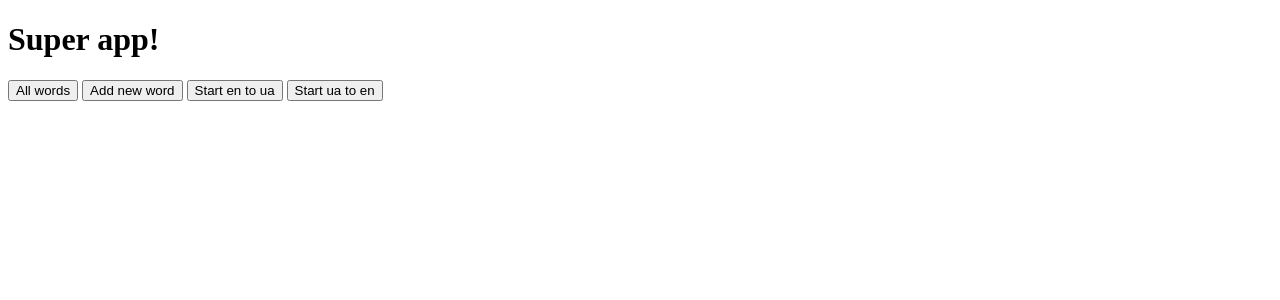
Repository: OleksandrDoskaliukKN313/IIC
Page: WebDictionary/WebContent/index.html
These files come from the project's save history. The page is drawn as it stood at one moment and after the next save; the edit follows.
The browser window is 1280 px wide. The pictures show the whole page.

Above is the page before, as saved 2020-10-11 09:57:30.

### WebDictionary/WebContent/index.html
<!DOCTYPE html>
<html>
<head>
<meta charset="UTF-8">
<title>Insert title here</title>
</head>
<body>
<div>
        <h1>Super app!</h1>
    </div>
    <div>       <!-- content -->
        <div>    <!-- buttons holder -->
            <button onclick="location.href='allWords'">All words</button>
            <button onclick="location.href='addWord'">Add new word</button>
            <button onclick="location.href='en_ua'">Start en to ua</button>
            <button onclick="location.href='ua_en'">Start ua to en</button>
        </div>
    </div>
</body>
</html>

After the next save:
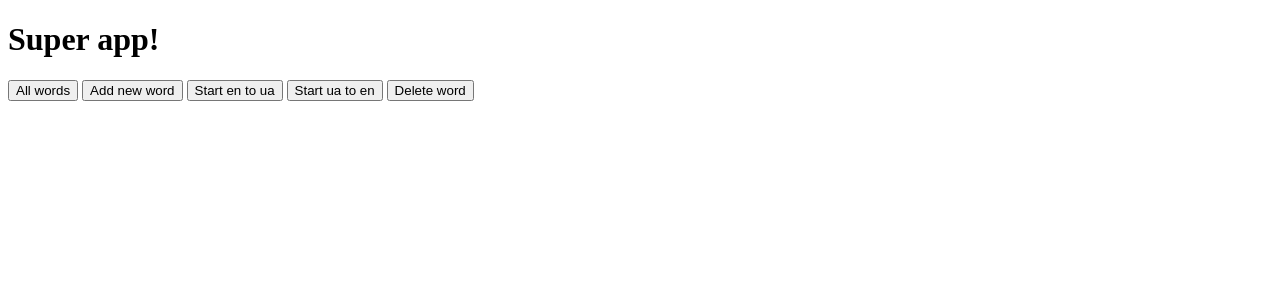
Saved 107 s later.
--- a/WebDictionary/WebContent/index.html
+++ b/WebDictionary/WebContent/index.html
@@ -14,6 +14,7 @@
             <button onclick="location.href='addWord'">Add new word</button>
             <button onclick="location.href='en_ua'">Start en to ua</button>
             <button onclick="location.href='ua_en'">Start ua to en</button>
+            <button onclick="location.href='deleteWord'">Delete word</button>
         </div>
     </div>
 </body>
